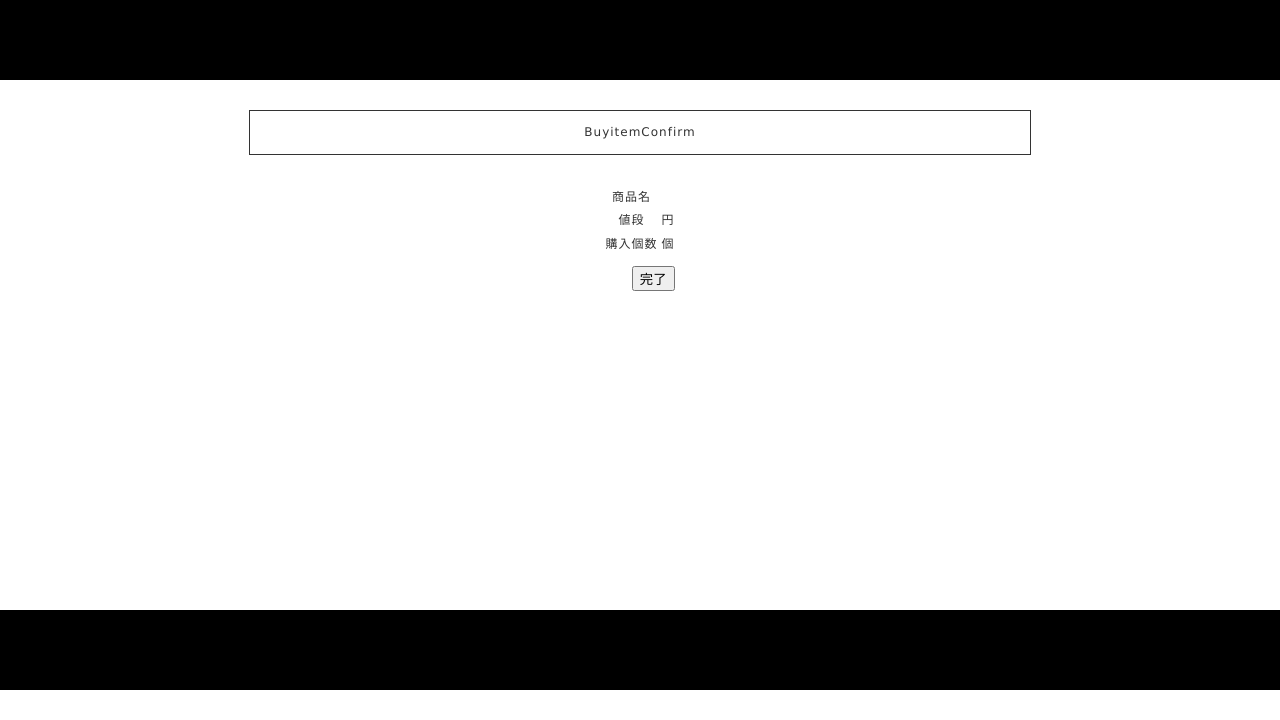
Repository: kuriky/Ecsite
Page: http://localhost/templateEC/buyItemConfirm.jsp
An editor plug-in stored every save of this project. The page is shown before and after the next save, followed by the edit.
The browser window is 1280 px wide. The pictures show the whole page.
The page is served by Tomcat 9.

Above is the page before, as saved 2019-12-23 10:39:59.

After the next save:
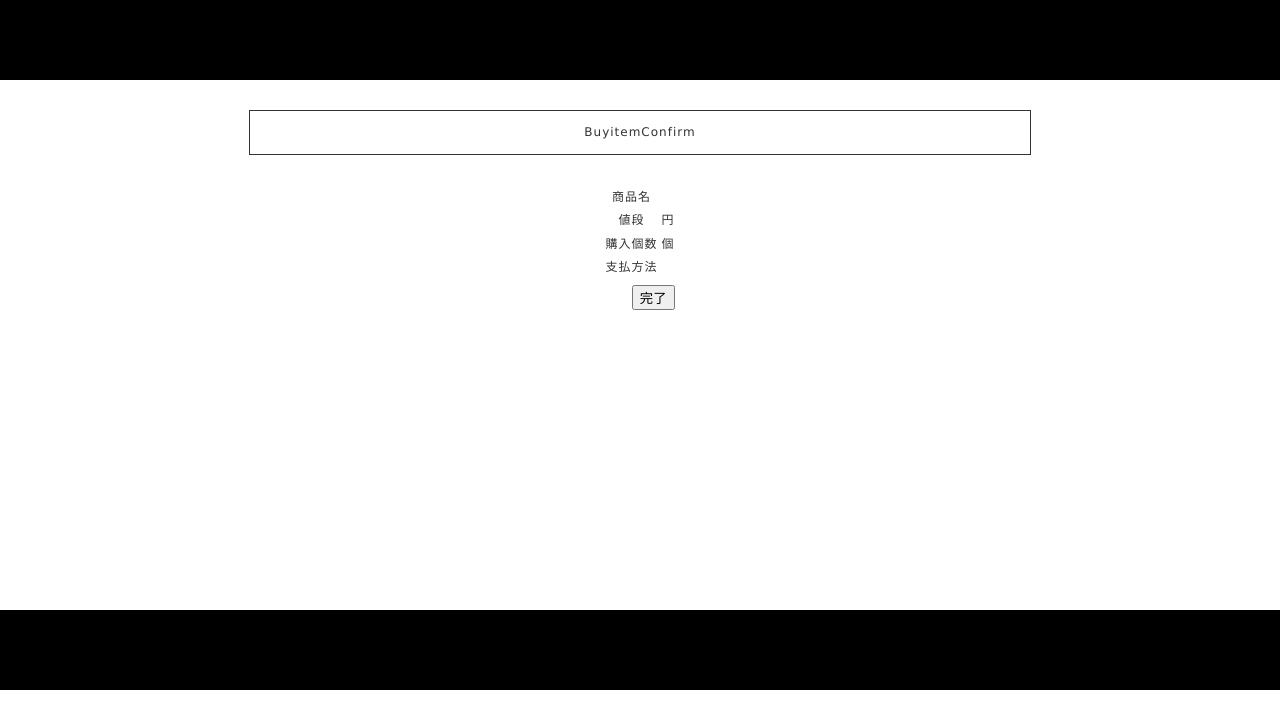
Saved 9 min 24 s later.
--- a/templateEC/WebContent/buyItemConfirm.jsp
+++ b/templateEC/WebContent/buyItemConfirm.jsp
@@ -37,6 +37,7 @@
 					</td>
 				</tr>
 				<tr>
+					<td>支払方法</td>
 					<td><s:property value="session.pay" /></td>
 				</tr>
 				<tr>
